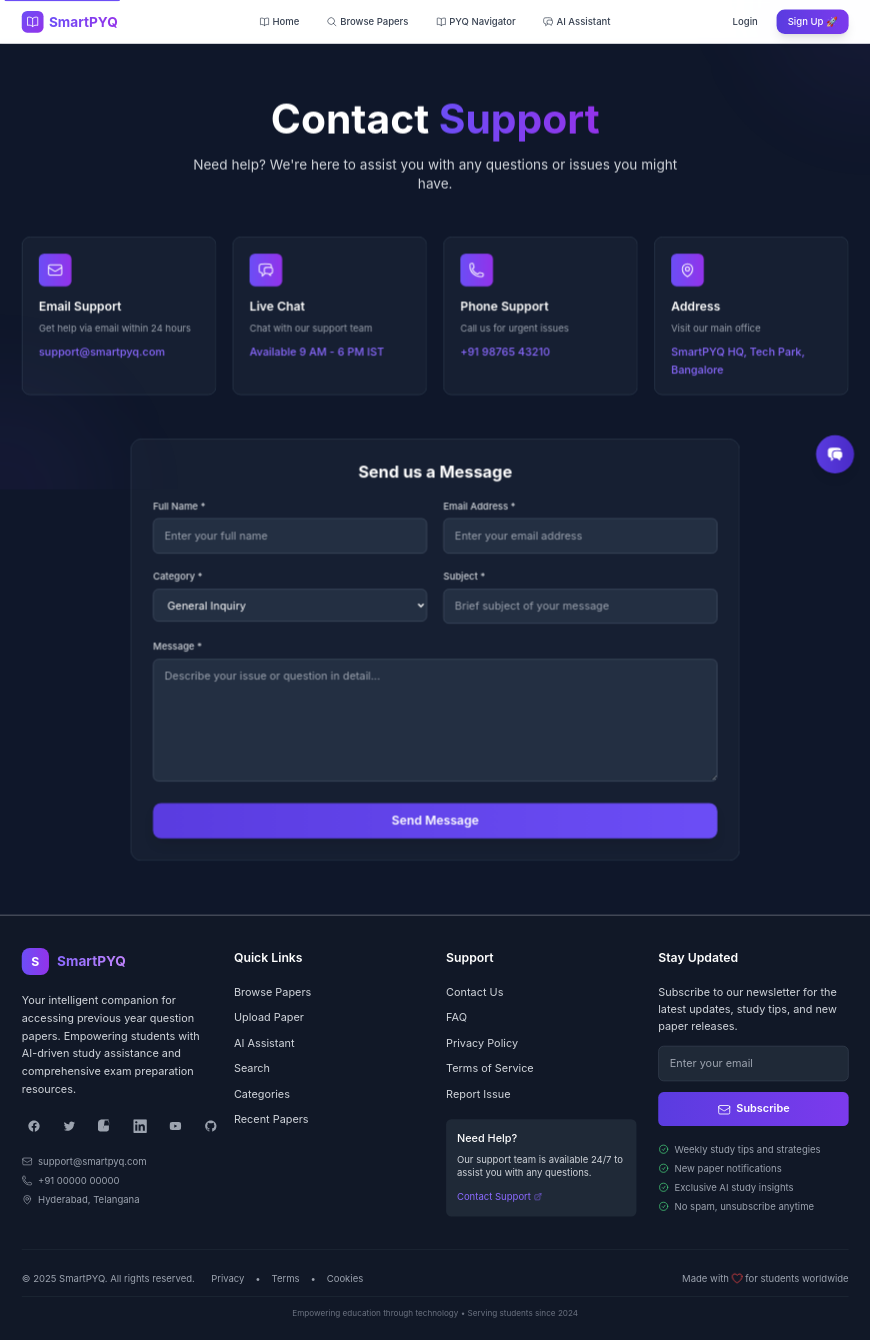
Repository: sumer52/smartpyq
Page: /contact (app in smartpyq-frontend/)
These files come from the project's save history. The page is drawn as it stood at one moment and after the next save; the edit follows.
The browser window is 1280 px wide. The pictures show the whole page, at 68% of full size.
The project was rebuilt for these pictures with package versions that can differ from the ones it lists, and the page was loaded fresh each time. Also part of the build but not shown: smartpyq-frontend/vite.config.js. Imported but missing from the stored project, and not drawn on this page: smartpyq-frontend/src/pages/RegisterPage.

Above is the page before, as saved 2025-09-09 03:27:40.

### smartpyq-frontend/index.html
<!doctype html>
<html lang="en">
  <head>
    <meta charset="UTF-8" />
    <link rel="icon" type="image/svg+xml" href="/vite.svg" />
    <meta name="viewport" content="width=device-width, initial-scale=1.0" />
    <meta name="description" content="SmartPYQ - Unlock Previous Year Papers with AI-powered study assistance. Access, analyze, and excel with intelligent question paper platform." />
    <meta name="keywords" content="previous year papers, PYQ, AI study assistant, education, exam preparation, student platform" />
    <meta name="author" content="SmartPYQ Team" />

    <!-- Open Graph / Facebook -->
    <meta property="og:type" content="website" />
    <meta property="og:url" content="https://smartpyq.com/" />
    <meta property="og:title" content="SmartPYQ - Intelligent Previous Year Papers Platform" />
    <meta property="og:description" content="Unlock Previous Year Papers with AI-powered study assistance" />

    <!-- Twitter -->
    <meta property="twitter:card" content="summary_large_image" />
    <meta property="twitter:url" content="https://smartpyq.com/" />
    <meta property="twitter:title" content="SmartPYQ - Intelligent Previous Year Papers Platform" />
    <meta property="twitter:description" content="Unlock Previous Year Papers with AI-powered study assistance" />

    <!-- Accessibility -->
    <meta name="theme-color" content="#6C4EF6" />
    <meta name="color-scheme" content="light dark" />

    <!-- Preconnect for performance -->
    <link rel="preconnect" href="https://fonts.googleapis.com" />
    <link rel="preconnect" href="https://fonts.gstatic.com" crossorigin />

    <title>SmartPYQ - Intelligent Previous Year Papers Platform</title>
  </head>
  <body>
    <div id="root"></div>
    <script type="module" src="/src/main.jsx"></script>
  </body>
</html>

### smartpyq-frontend/src/main.jsx
import React from 'react'
import ReactDOM from 'react-dom/client'
import { BrowserRouter } from 'react-router-dom'
import App from './App.jsx'
import './index.css'

// Check for reduced motion preference
const prefersReducedMotion = window.matchMedia('(prefers-reduced-motion: reduce)').matches;

// Set CSS custom property for motion preference
if (prefersReducedMotion) {
  document.documentElement.style.setProperty('--motion-reduce', '1');
} else {
  document.documentElement.style.setProperty('--motion-reduce', '0');
}

// Add motion preference listener for dynamic changes
window.matchMedia('(prefers-reduced-motion: reduce)').addEventListener('change', (e) => {
  document.documentElement.style.setProperty('--motion-reduce', e.matches ? '1' : '0');
});

ReactDOM.createRoot(document.getElementById('root')).render(
  <React.StrictMode>
    <BrowserRouter>
      <App />
    </BrowserRouter>
  </React.StrictMode>,
)

### smartpyq-frontend/src/pages/ContactPage.jsx
import React, { useState } from 'react';
import { motion } from 'framer-motion';
import {
  EnvelopeIcon,
  PhoneIcon,
  MapPinIcon,
  ChatBubbleLeftRightIcon,
} from '@heroicons/react/24/outline';

const ContactPage = () => {
  const [formData, setFormData] = useState({
    name: '',
    email: '',
    subject: '',
    message: '',
    category: 'general'
  });
  const [isSubmitting, setIsSubmitting] = useState(false);
  const [submitStatus, setSubmitStatus] = useState(null);

  const handleInputChange = (e) => {
    const { name, value } = e.target;
    setFormData(prev => ({
      ...prev,
      [name]: value
    }));
  };

  const handleSubmit = async (e) => {
    e.preventDefault();
    setIsSubmitting(true);

    try {
      // TODO: Replace with actual API call
      await new Promise(resolve => setTimeout(resolve, 1500));

      console.log('Contact form submitted:', formData);
      setSubmitStatus('success');
      setFormData({
        name: '',
        email: '',
        subject: '',
        message: '',
        category: 'general'
      });
    } catch (error) {
      console.error('Error submitting contact form:', error);
      setSubmitStatus('error');
    } finally {
      setIsSubmitting(false);
      setTimeout(() => setSubmitStatus(null), 5000);
    }
  };

  const contactMethods = [
    {
      icon: EnvelopeIcon,
      title: 'Email Support',
      description: 'Get help via email within 24 hours',
      contact: 'support@smartpyq.com',
      action: 'mailto:support@smartpyq.com'
    },
    {
      icon: ChatBubbleLeftRightIcon,
      title: 'Live Chat',
      description: 'Chat with our support team',
      contact: 'Available 9 AM - 6 PM IST',
      action: '#'
    },
    {
      icon: PhoneIcon,
      title: 'Phone Support',
      description: 'Call us for urgent issues',
      contact: '+91 98765 43210',
      action: 'tel:+919876543210'
    },
    {
      icon: MapPinIcon,
      title: 'Address',
      description: 'Visit our main office',
      contact: 'SmartPYQ HQ, Tech Park, Bangalore',
      action: '#'
    }
  ];

  const categories = [
    { value: 'general', label: 'General Inquiry' },
    { value: 'technical', label: 'Technical Support' },
    { value: 'billing', label: 'Billing & Payments' },
    { value: 'content', label: 'Content Issues' },
    { value: 'feature', label: 'Feature Request' },
    { value: 'bug', label: 'Bug Report' }
  ];

  return (
    <div className="min-h-screen bg-gradient-to-br from-bg-dark via-slate-900 to-bg-dark">
      {/* Hero Section */}
      <section className="relative py-20 px-4 sm:px-6 lg:px-8">
        <div className="max-w-7xl mx-auto">
          <motion.div
            initial={{ opacity: 0, y: 20 }}
            animate={{ opacity: 1, y: 0 }}
            transition={{ duration: 0.6 }}
            className="text-center mb-16"
          >
            <h1 className="text-4xl md:text-6xl font-bold text-white mb-6">
              Contact <span className="text-transparent bg-clip-text bg-gradient-to-r from-brand-500 to-accent-500">Support</span>
            </h1>
            <p className="text-xl text-gray-300 max-w-3xl mx-auto">
              Need help? We're here to assist you with any questions or issues you might have.
            </p>
          </motion.div>

          {/* Contact Methods Grid */}
          <motion.div
            initial={{ opacity: 0, y: 20 }}
            animate={{ opacity: 1, y: 0 }}
            transition={{ duration: 0.6, delay: 0.2 }}
            className="grid grid-cols-1 md:grid-cols-2 lg:grid-cols-4 gap-6 mb-16"
          >
            {contactMethods.map((method, index) => {
              const IconComponent = method.icon;
              return (
                <motion.a
                  key={index}
                  href={method.action}
                  className="bg-slate-800/50 backdrop-blur-sm border border-slate-700 rounded-xl p-6 hover:border-brand-500/50 transition-all duration-300 group"
                  whileHover={{ y: -5, scale: 1.02 }}
                  whileTap={{ scale: 0.98 }}
                >
                  <div className="w-12 h-12 bg-gradient-to-r from-brand-500 to-accent-500 rounded-lg flex items-center justify-center mb-4 group-hover:scale-110 transition-transform duration-300">
                    <IconComponent className="w-6 h-6 text-white" />
                  </div>
                  <h3 className="text-lg font-semibold text-white mb-2">{method.title}</h3>
                  <p className="text-gray-400 text-sm mb-3">{method.description}</p>
                  <p className="text-brand-400 font-medium">{method.contact}</p>
                </motion.a>
              );
            })}
          </motion.div>

          {/* Contact Form */}
          <motion.div
            initial={{ opacity: 0, y: 20 }}
            animate={{ opacity: 1, y: 0 }}
            transition={{ duration: 0.6, delay: 0.4 }}
            className="max-w-4xl mx-auto"
          >
            <div className="bg-slate-800/50 backdrop-blur-sm border border-slate-700 rounded-2xl p-8">
              <h2 className="text-2xl font-bold text-white mb-6 text-center">
                Send us a Message
              </h2>

              <form onSubmit={handleSubmit} className="space-y-6">
                <div className="grid grid-cols-1 md:grid-cols-2 gap-6">
                  <div>
                    <label htmlFor="name" className="block text-sm font-medium text-gray-300 mb-2">
                      Full Name *
                    </label>
                    <input
                      type="text"
                      id="name"
                      name="name"
                      value={formData.name}
                      onChange={handleInputChange}
                      required
                      className="w-full px-4 py-3 bg-slate-700/50 border border-slate-600 rounded-lg text-white placeholder-gray-400 focus:outline-none focus:ring-2 focus:ring-brand-500 focus:border-transparent transition-all duration-200"
                      placeholder="Enter your full name"
                    />
                  </div>

                  <div>
                    <label htmlFor="email" className="block text-sm font-medium text-gray-300 mb-2">
                      Email Address *
                    </label>
                    <input
                      type="email"
                      id="email"
                      name="email"
                      value={formData.email}
                      onChange={handleInputChange}
                      required
                      className="w-full px-4 py-3 bg-slate-700/50 border border-slate-600 rounded-lg text-white placeholder-gray-400 focus:outline-none focus:ring-2 focus:ring-brand-500 focus:border-transparent transition-all duration-200"
                      placeholder="Enter your email address"
                    />
                  </div>
                </div>

                <div className="grid grid-cols-1 md:grid-cols-2 gap-6">
                  <div>
                    <label htmlFor="category" className="block text-sm font-medium text-gray-300 mb-2">
                      Category *
                    </label>
                    <select
                      id="category"
                      name="category"
                      value={formData.category}
                      onChange={handleInputChange}
                      required
                      className="w-full px-4 py-3 bg-slate-700/50 border border-slate-600 rounded-lg text-white focus:outline-none focus:ring-2 focus:ring-brand-500 focus:border-transparent transition-all duration-200"
                    >
                      {categories.map((category) => (
                        <option key={category.value} value={category.value}>
                          {category.label}
                        </option>
                      ))}
                    </select>
                  </div>

                  <div>
                    <label htmlFor="subject" className="block text-sm font-medium text-gray-300 mb-2">
                      Subject *
                    </label>
                    <input
                      type="text"
                      id="subject"
                      name="subject"
                      value={formData.subject}
                      onChange={handleInputChange}
                      required
                      className="w-full px-4 py-3 bg-slate-700/50 border border-slate-600 rounded-lg text-white placeholder-gray-400 focus:outline-none focus:ring-2 focus:ring-brand-500 focus:border-transparent transition-all duration-200"
                      placeholder="Brief subject of your message"
                    />
                  </div>
                </div>

                <div>
                  <label htmlFor="message" className="block text-sm font-medium text-gray-300 mb-2">
                    Message *
                  </label>
                  <textarea
                    id="message"
                    name="message"
                    value={formData.message}
                    onChange={handleInputChange}
                    required
                    rows={6}
                    className="w-full px-4 py-3 bg-slate-700/50 border border-slate-600 rounded-lg text-white placeholder-gray-400 focus:outline-none focus:ring-2 focus:ring-brand-500 focus:border-transparent transition-all duration-200 resize-vertical"
                    placeholder="Describe your issue or question in detail..."
                  />
                </div>

                {/* Submit Status */}
                {submitStatus && (
                  <motion.div
                    initial={{ opacity: 0, y: -10 }}
                    animate={{ opacity: 1, y: 0 }}
                    className={`p-4 rounded-lg text-center ${
                      submitStatus === 'success'
                        ? 'bg-green-500/20 border border-green-500/50 text-green-400'
                        : 'bg-red-500/20 border border-red-500/50 text-red-400'
                    }`}
                  >
                    {submitStatus === 'success'
                      ? '✅ Message sent successfully! We\'ll get back to you soon.'
                      : '❌ Failed to send message. Please try again or contact us directly.'}
                  </motion.div>
                )}

                <motion.button
                  type="submit"
                  disabled={isSubmitting}
                  className="w-full btn-primary py-4 text-lg font-semibold disabled:opacity-50 disabled:cursor-not-allowed"
                  whileHover={{ scale: isSubmitting ? 1 : 1.02 }}
                  whileTap={{ scale: isSubmitting ? 1 : 0.98 }}
                >
                  {isSubmitting ? (
                    <div className="flex items-center justify-center space-x-2">
                      <div className="w-5 h-5 border-2 border-white/30 border-t-white rounded-full animate-spin" />
                      <span>Sending...</span>
                    </div>
                  ) : (
                    'Send Message'
                  )}
                </motion.button>
              </form>
            </div>
          </motion.div>
        </div>
      </section>
    </div>
  );
};

export default ContactPage;

Loaded but not shown: smartpyq-frontend/tailwind.config.js (108 lines, source omitted); smartpyq-frontend/src/components/ChatWidget.jsx (576 lines, source omitted); smartpyq-frontend/src/components/Footer.jsx (469 lines, source omitted); smartpyq-frontend/src/components/Header.jsx (320 lines, source omitted); smartpyq-frontend/src/App.jsx (335 lines, source omitted); smartpyq-frontend/src/index.css (285 lines, source omitted); smartpyq-frontend/src/contexts/AuthContext.jsx (174 lines, source omitted)

After the next save:
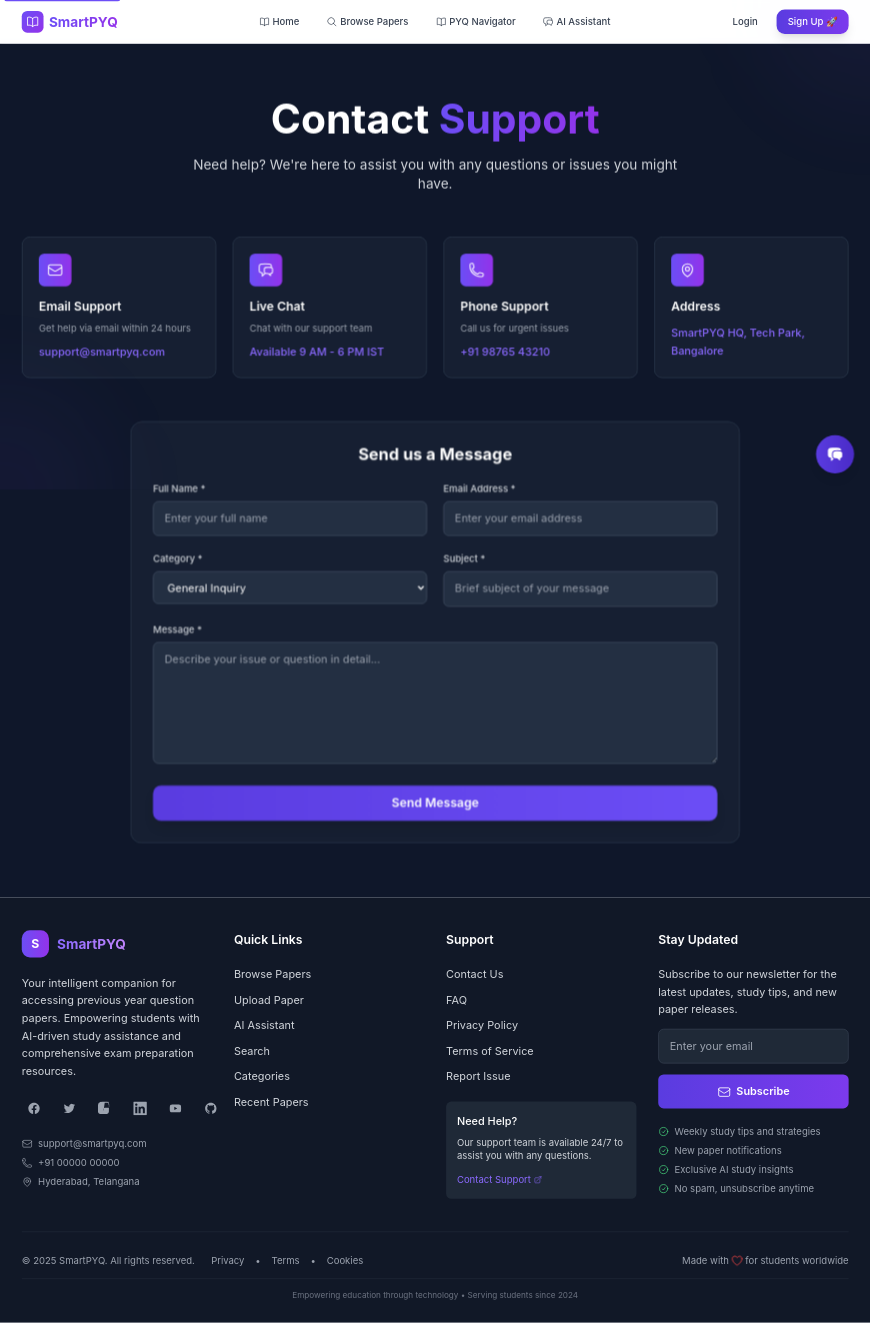
Saved 2 min 0 s later.
--- a/smartpyq-frontend/src/pages/ContactPage.jsx
+++ b/smartpyq-frontend/src/pages/ContactPage.jsx
@@ -77,7 +77,7 @@
     {
       icon: MapPinIcon,
       title: 'Address',
-      description: 'Visit our main office',
+      description: '',
       contact: 'SmartPYQ HQ, Tech Park, Bangalore',
       action: '#'
     }

After the 3 saves that followed:
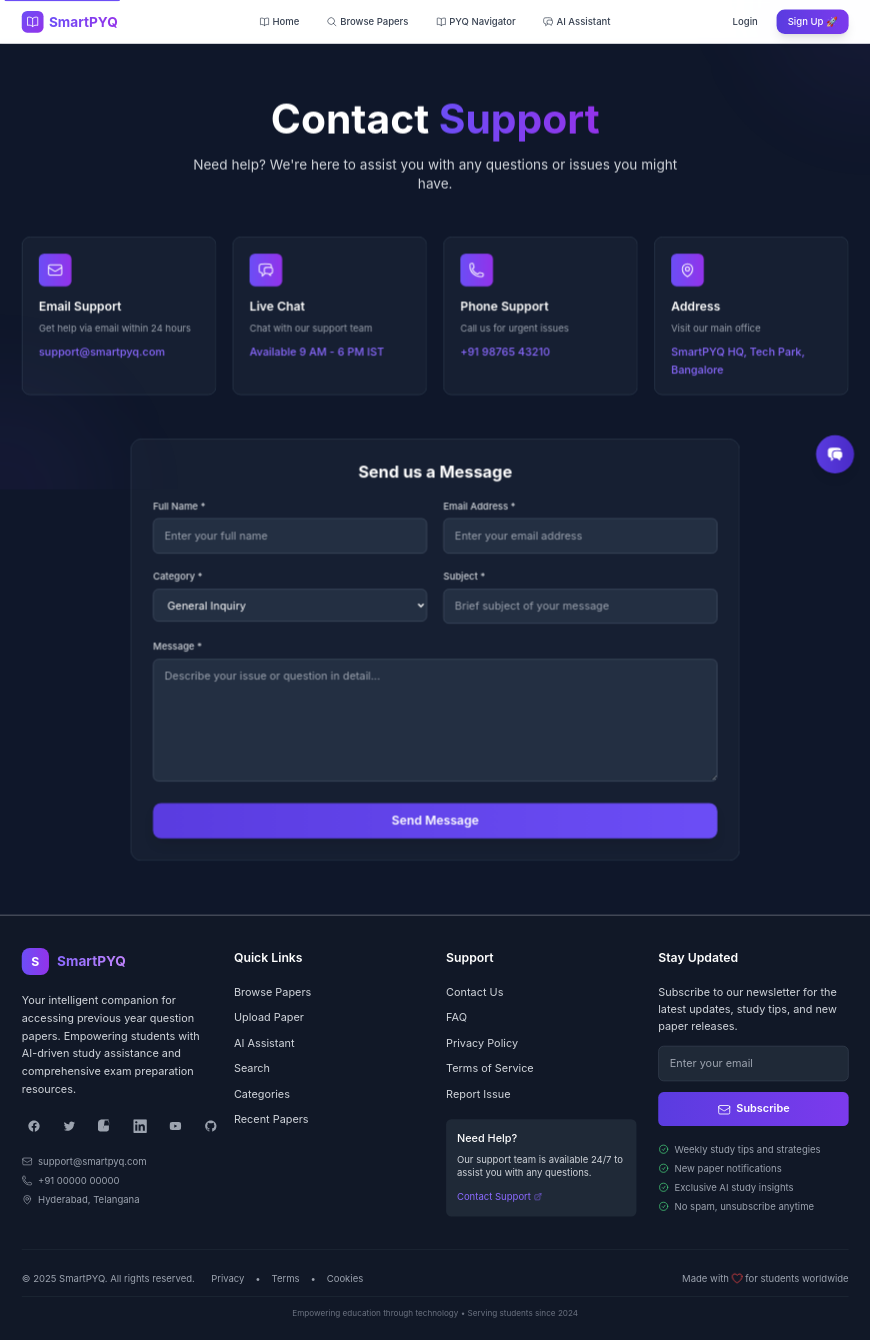
The 3 saves are shown as one change because 1 did not build or start and some came seconds apart.
The last was saved 15 s later.
--- a/smartpyq-frontend/src/pages/ContactPage.jsx
+++ b/smartpyq-frontend/src/pages/ContactPage.jsx
@@ -77,7 +77,7 @@
     {
       icon: MapPinIcon,
       title: 'Address',
-      description: '',
+      description: 'Visit our main office',
       contact: 'SmartPYQ HQ, Tech Park, Bangalore',
       action: '#'
     }
